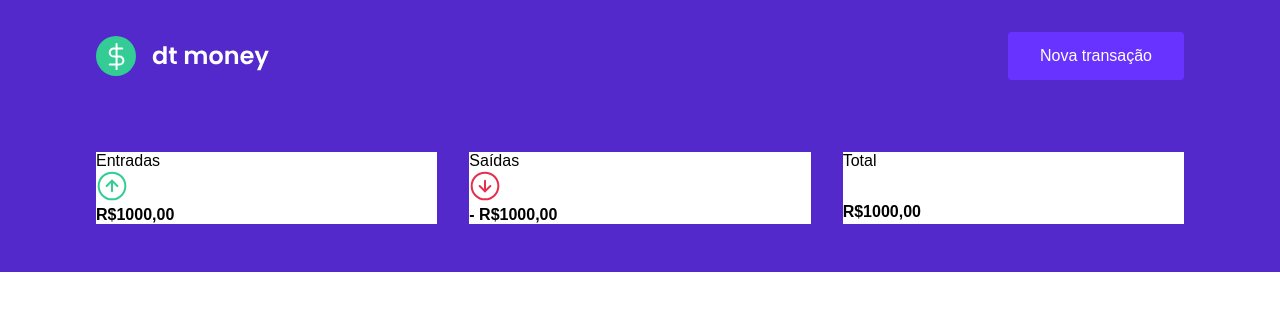
Repository: joaovnogueira/dtmoney
Page: /
These files come from the project's save history. The page is drawn as it stood at one moment and after the next save; the edit follows.
The browser window is 1280 px wide. The pictures show the whole page.
The project was rebuilt for these pictures with package versions that can differ from the ones it lists, and the page was loaded fresh each time.

Above is the page before, as saved 2022-06-21 14:32:50.

After the next save:
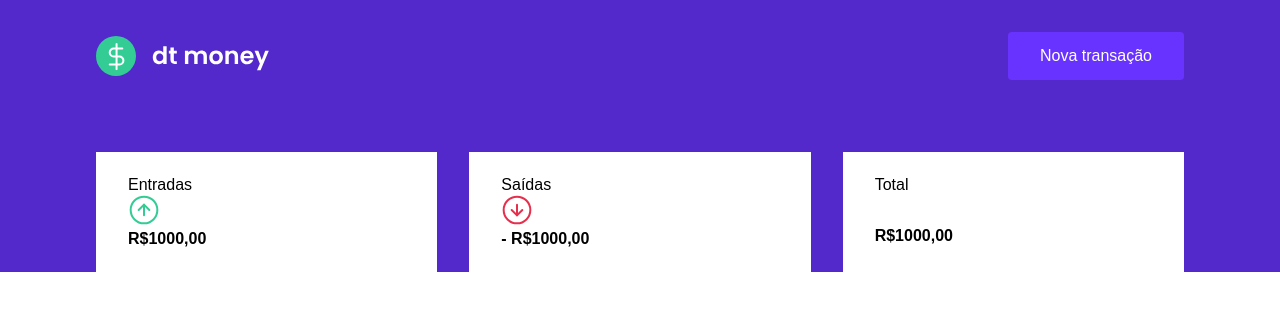
Saved 8 s later.
--- a/src/components/summary/styles.ts
+++ b/src/components/summary/styles.ts
@@ -8,6 +8,7 @@ export const Container = styled.div`
 
     div {
         background: var(--shape);
+        padding: 1.5rem 2rem;
 
     }
 `;
